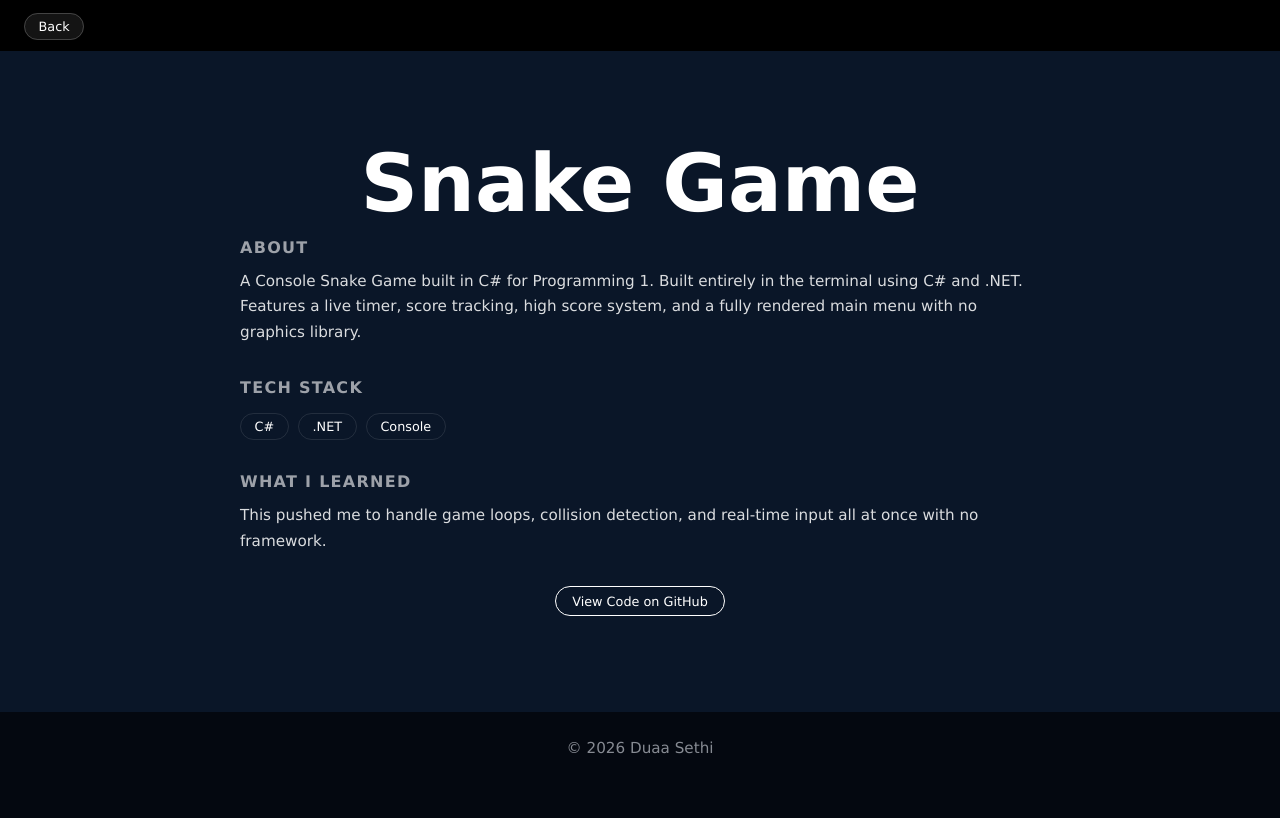
Repository: Duaa-Sethi/Duaa-Sethi
Page: pages/snake-game.html
An editor plug-in stored every save of this project. The page is shown before and after the next save, followed by the edit.
The browser window is 1280 px wide. The pictures show the whole page.
Some web fonts or font styles are not loaded; a fallback is used.

Above is the page before, as saved 2026-05-08 17:59:36.

### pages/snake-game.html
<!doctype html>
<html lang="en">
  <head>
    <meta charset="UTF-8" />
    <meta name="viewport" content="width=device-width, initial-scale=1.0" />
    <title>Snake Game | Duaa Sethi</title>
    <link rel="stylesheet" href="../styles/globals.css" />
    <link rel="stylesheet" href="../styles/project.css" />
  </head>
  <body>
    <nav>
      <ul>
        <li><a href="../index.html" class="tag"> Back</a></li>
      </ul>
    </nav>

    <main>
      <h1>Snake Game</h1>

      <h2>About</h2>
      <p>
        A Console Snake Game built in C# for Programming 1. Built entirely in
        the terminal using C# and .NET. Features a live timer, score tracking,
        high score system, and a fully rendered main menu with no graphics
        library.
      </p>

      <h2>Tech Stack</h2>
      <ul class="tags">
        <li>C#</li>
        <li>.NET</li>
        <li>Console</li>
      </ul>

      <h2>What I Learned</h2>
      <p>
        This pushed me to handle game loops, collision detection, and real-time
        input all at once with no framework.
      </p>

      <a
        href="https://github.com/Duaa-Sethi/Programming1-project-Dua-Sethi"
        target="_blank"
        class="btn"
        >View Code on GitHub</a
      >
    </main>

    <footer>
      <p>© 2026 Duaa Sethi</p>
    </footer>
  </body>
</html>

### styles/globals.css
/* FONT DEFS */
@font-face {
  font-family: "main font";
  src: url(../assets/fonts/NewsCycle-Regular.ttf);
}

/* CROSS PAGE STYLES */
body {
  font-family: "main font", Verdana, sans-serif;
  color: white;
  margin: 0;
}

h1 {
  font-weight: bold;
  font-size: 1.5rem; /* too small for desktop*/
}

a {
  text-decoration: none;
  color: white;
}
h2,
h3 {
  margin: 0;
}
a:hover {
  text-decoration: underline;
}
ul {
  list-style: none;
  padding: 0;
  margin: 0;
}

### styles/project.css
body {
  background-color: #0a1628;
}

nav {
  position: sticky;
  top: 0;
  background-color: black;
  padding: 0 1.5rem;
}

nav ul {
  display: flex;
  padding: 1rem 0;
}

.tag {
  background-color: rgba(255, 255, 255, 0.08);
  border: 1px solid rgba(255, 255, 255, 0.2);
  border-radius: 20px;
  padding: 0.3rem 0.85rem;
  font-size: 0.8rem;
}

.tag:hover {
  background-color: rgba(213, 207, 207, 0.15);
  text-decoration: none;
}

main {
  max-width: 800px;
  margin: 0 auto;
  padding: 2rem 1.5rem;
}

h1 {
  font-size: 2rem;
  margin-bottom: 0.5rem;
  text-align: center;
}

h2 {
  font-size: 1rem;
  color: white;
  opacity: 0.6;
  text-transform: uppercase;
  letter-spacing: 0.08em;
  margin-bottom: 0.75rem;
}

p {
  font-size: 0.95rem;
  line-height: 1.7;
  opacity: 0.85;
  margin: 0 0 2rem 0;
}

.tags li {
  display: inline-block;
  border: 1px solid rgba(255, 255, 255, 0.1);
  border: 1px solid rgba(255, 255, 255, 0.1);
  border-radius: 20px;
  padding: 0.3rem 0.85rem;
  font-size: 0.8rem;
  margin: 0.25rem 0.25rem 2rem 0;
}

.btn {
  display: block;
  width: fit-content;
  margin: 0 auto;
  border: 1px solid white;
  padding: 0.4rem 1rem;
  border-radius: 20px;
  font-size: 0.8rem;
  margin-top: 0.5rem;
}

.btn:hover {
  background-color: white;
  color: #0a1628;
  text-decoration: none;
}

footer {
  text-align: center;
  padding: 1.5rem;
  background-color: black;
  font-size: 0.85rem;
  opacity: 0.6;
  margin-top: 4rem;
}

@media (min-width: 600px) {
  h1 {
    font-size: 3.5rem;
  }
}

@media (min-width: 992px) {
  h1 {
    font-size: 5rem;
  }
}

After the next save:
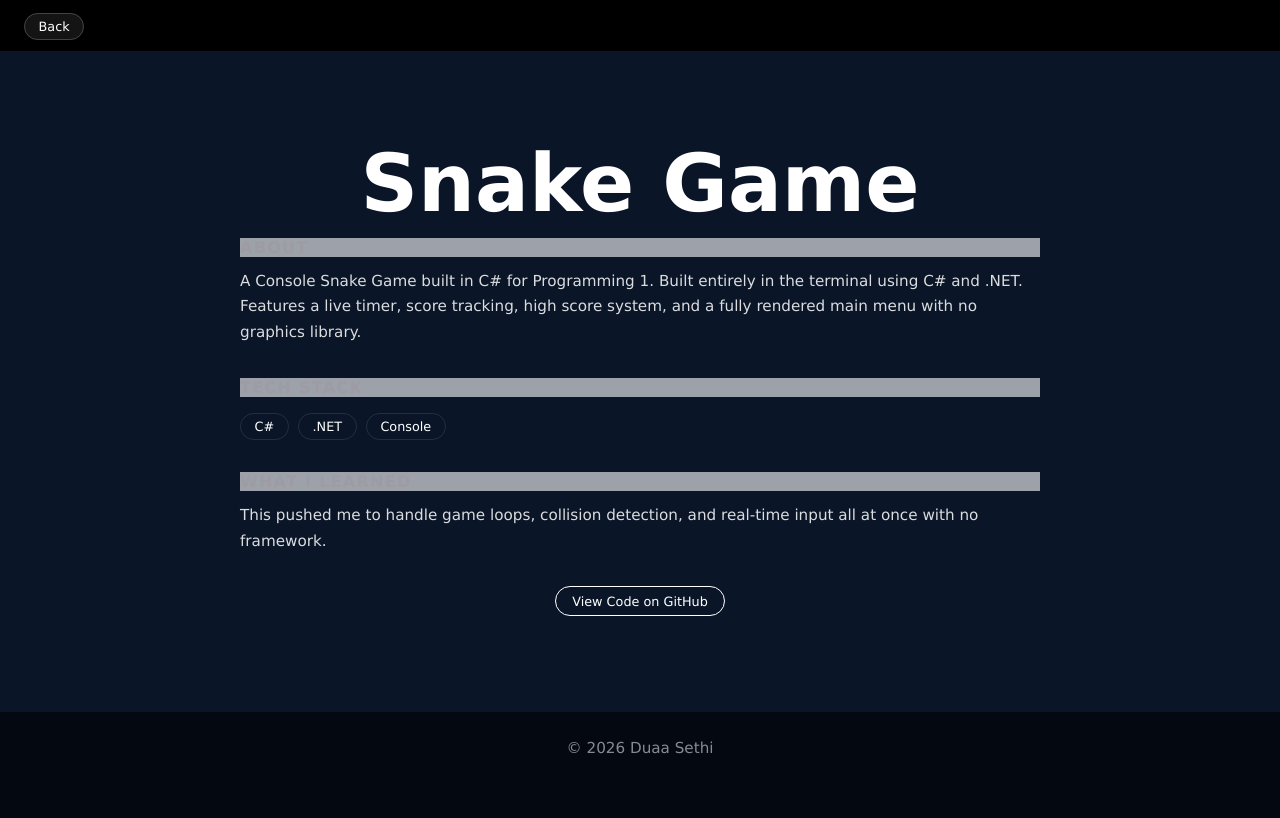
Saved 37 s later.
--- a/styles/project.css
+++ b/styles/project.css
@@ -41,11 +41,12 @@ h1 {
 
 h2 {
   font-size: 1rem;
-  color: white;
+  color: rgba(255, 244, 244, 0.935);
   opacity: 0.6;
   text-transform: uppercase;
   letter-spacing: 0.08em;
   margin-bottom: 0.75rem;
+  background-color: white;
 }
 
 p {
